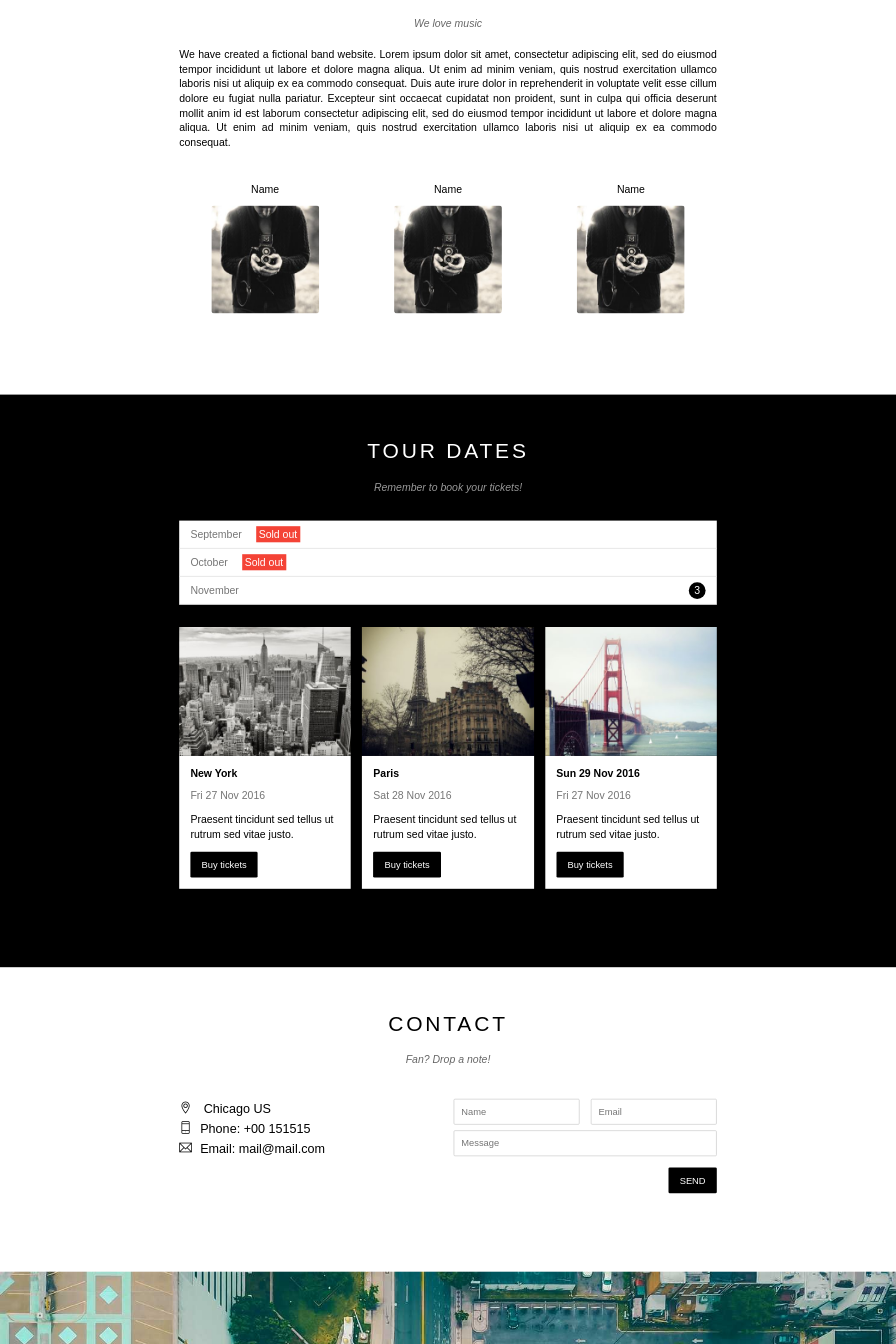
Repository: Phunobita/The-band-w3school
Page: index.html
An editor plug-in stored every save of this project. The page is shown before and after the next save, followed by the edit.
The browser window is 1280 px wide. The pictures show the part of the page from y = 784 to 2704 px (the page is 3514 px tall before and 3498 px after), at 70% of full size.

Above is the page before, as saved 2021-12-03 23:29:06.

### index.html
<!DOCTYPE html>
<html lang="en">

<head>
    <meta charset="UTF-8">
    <meta http-equiv="X-UA-Compatible" content="IE=edge">
    <meta name="viewport" content="width=device-width, initial-scale=1.0">
    <title>The band</title>
    <link rel="stylesheet" href="./assets/fonts/themify-icons-font/themify-icons/themify-icons.css">
    <link rel="stylesheet" href="./assets/css/style.css">
    <link rel="stylesheet" href="./assets/css/responsive.css">
    <link rel="icon" href="/assets/img/hinh-anh-mua-thu-dep-nhat.jpg" type="image/x-icon" />
</head>

<body>
    <div id="main">
        <div id="header">
            <!--Begin nav-->
            <ul id="nav">
                <li><a href="#">Home</a></li>
                <li><a href="#band">Band</a></li>
                <li><a href="#tour">Tour</a></li>
                <li><a href="#contact">Contact</a></li>
                <li>
                    <a href="#">
                        More
                        <i class="nav-arrow-down ti-angle-down"></i>
                    </a>
                    <ul class="subnav">
                        <li><a href="#">Merchandise</a></li>
                        <li><a href="#">Extras</a></li>
                        <li><a href="#">Media</a></li>
                    </ul>
                </li>
            </ul>
            <!--End nav-->
            <div class="search-btn">
                <i class="search-icon ti-search"></i>
            </div>

            <div id="mobile-menu" class="mobile-menu-btn">
                <i class="menu-icon ti-menu-alt"></i>
            </div>
        </div>

        <div id="slider">
            <div class="text-content">
                <h2 class="heading">New York</h2>
                <div class="content">The atmosphere in New York is lorem ipsum</div>
            </div>
        </div>
        <!--About section-->
        <div id="content">
            <div id="band" class="content-section">
                <h2 class="section-heading">THE BAND</h2>
                <p class="section-sub-heading">We love music</p>
                <p class="about-text">We have created a fictional band website. Lorem ipsum dolor sit amet, consectetur
                    adipiscing elit, sed do eiusmod tempor incididunt ut labore et dolore magna aliqua. Ut enim ad minim
                    veniam, quis nostrud exercitation ullamco laboris nisi ut aliquip ex ea commodo consequat. Duis aute
                    irure dolor in reprehenderit in voluptate velit esse cillum dolore eu fugiat nulla pariatur.
                    Excepteur sint occaecat cupidatat non proident, sunt in culpa qui officia deserunt mollit anim id
                    est laborum consectetur adipiscing elit, sed do eiusmod tempor incididunt ut labore et dolore magna
                    aliqua. Ut enim ad minim veniam, quis nostrud exercitation ullamco laboris nisi ut aliquip ex ea
                    commodo consequat.</p>
                <div class=" row member-list">
                    <div class="col col-third s-full-width mt-16 text-center">
                        <p class="member-name">Name</p>
                        <img src="./assets/img/tv.jpg" alt="Name" class="member-img">
                    </div>
                    <div class="col col-third s-full-width mt-16 text-center">
                        <p class="member-name">Name</p>
                        <img src="./assets/img/tv.jpg" alt="Name" class="member-img">
                    </div>
                    <div class="col col-third s-full-width mt-16 text-center">
                        <p class="member-name">Name</p>
                        <img src="./assets/img/tv.jpg" alt="Name" class="member-img">
                    </div>
                </div>
            </div>

            <!--Tour section-->
            <div id="tour" class="tour__section">
                <div class="content-section">
                    <h2 class="section-heading text-white">TOUR DATES</h2>
                    <p class="section-sub-heading text-white">Remember to book your tickets!</p>

                    <ul class="ticket__list">
                        <li class="ticket__list-item">
                            September
                            <span class="sold-out">Sold out</span>
                        </li>
                        <li class="ticket__list-item">
                            October
                            <span class="sold-out">Sold out</span>
                        </li>
                        <li class="ticket__list-item">
                            November
                            <span class="quantity">3</span>
                        </li>
                    </ul>
                    <div class="row place__list">
                        <div class="mt-16 col col-third s-full-width">
                            <img src="./assets/img/newyork.jpg" alt="New York" class="place__img">
                            <div class="place-body">
                                <h3 class="place-heading">New York</h3>
                                <p class="place-time">Fri 27 Nov 2016</p>
                                <p class="place-description">Praesent tincidunt sed tellus ut rutrum sed vitae justo.
                                </p>
                                <button href="#" class="btn js-buy-ticket">Buy tickets</button>
                            </div>
                        </div>
                        <div class="mt-16 col col-third s-full-width">
                            <img src="./assets/img/paris.jpg" alt="New York" class="place__img">
                            <div class="place-body">
                                <h3 class="place-heading">Paris</h3>
                                <p class="place-time">Sat 28 Nov 2016</p>
                                <p class="place-description">Praesent tincidunt sed tellus ut rutrum sed vitae justo.
                                </p>
                                <button href="#" class="btn js-buy-ticket">Buy tickets</button>
                            </div>
                        </div>
                        <div class="mt-16 col col-third s-full-width">
                            <img src="./assets/img/sanfran.jpg" alt="New York" class="place__img">
                            <div class="place-body">
                                <h3 class="place-heading">Sun 29 Nov 2016</h3>
                                <p class="place-time">Fri 27 Nov 2016</p>
                                <p class="place-description">Praesent tincidunt sed tellus ut rutrum sed vitae justo.
                                </p>
                                <button href="#" class="btn js-buy-ticket">Buy tickets</button>
                            </div>
                        </div>
                    </div>
                </div>
            </div>
            <!--Contact section-->
            <div id="contact" class="content-section">
                <h2 class="section-heading">CONTACT</h2>
                <p class="section-sub-heading">Fan? Drop a note!</p>

                <div class="row contact-content">
                    <div class="col col-half contact-info">
                        <p><i class="contact-icon ti-location-pin"></i> Chicago US</p>
                        <p><i class="contact-icon ti-mobile"></i>Phone: +00 151515</p>
                        <p><i class="contact-icon ti-email"></i>Email: mail@mail.com</p>
                    </div>
                    <div class="col col-half contact-form">
                        <form action="">
                            <div class="row">
                                <div class="col col-half">
                                    <input type="text" name="" required id="" class="form-control" placeholder="Name">
                                </div>
                                <div class="col col-half">
                                    <input type="email" name="" required id="" class="form-control" placeholder="Email">
                                </div>
                            </div>
                            <div class="row mt-8">
                                <div class="col col-full">
                                    <input type="" name="" required id="" class="form-control" placeholder="Message">
                                </div>
                            </div>
                            <input class="btn pull-right mt-16" type="submit" value="SEND">
                        </form>
                    </div>
                </div>
            </div>

            <div class="map-section">
                <img src="/assets/img/map (1).jpg" alt="">

            </div>

            <div id="footer">
                <div class="social-list">
                    <a href=""><i class="ti-facebook"></i></a>
                    <a href=""><i class="ti-instagram"></i></a>
                    <a href=""><i class="ti-youtube"></i></a>
                    <a href=""><i class="ti-pinterest"></i></a>
                    <a href=""><i class="ti-twitter"></i></a>
                    <a href=""><i class="ti-linkedin"></i></a>
                </div>
                <p class="copyright">Powered by <a href="">w3.css</a></p>
            </div>
        </div>

        <div class="modal js-modal">
            <div class="modal-container js-modal-container">
                <div class="modal-close js-modal-close">
                    <i class="ti-close"></i>
                </div>

                <header class="modal-header">
                    <i class="modal-heading-icon ti-bag"></i>
                    Tickets
                </header>

                <div class="modal-body">
                    <label for="ticket-quantity" class="modal-label">
                        <i class="ti-shopping-cart"></i>
                        Tickets, $15 per person
                    </label>
                    <input id="ticket-quantity" type="text" class="modal-input" placeholder="How many?">

                    <label for="ticket-email" class="modal-label">
                        <i class="ti-user"></i>
                        Send To
                    </label>
                    <input id="ticket-email" type="email" class="modal-input" placeholder="Enter email">
                    <button id="buy-ticket">
                        Pay <i class="ti-check"></i>
                    </button>
                </div>
                <footer class="modal-footer">
                    <p class="modal-help">Need <a href="">help?</a></p>
                </footer>
            </div>
        </div>
    </div>

    <script>
        const buyBtns = document.querySelectorAll('.js-buy-ticket')
        const modal = document.querySelector('.js-modal')
        const modalContainer = document.querySelector('.js-modal-container')
        const modalClose = document.querySelector('.js-modal-close')

        function showBuyTickets() {
            modal.classList.add('open')
        }

        function hideBuyTickets() {
            modal.classList.remove('open')
        }

        for (const buyBtn of buyBtns) {
            buyBtn.addEventListener('click', showBuyTickets)
        }

        modalClose.addEventListener('click', hideBuyTickets)
        modal.addEventListener('click', hideBuyTickets)
        modalContainer.addEventListener('click', function (event) {
            event.stopPropagation()
        }
        )
    </script>

    <script>
        var header = document.getElementById('header');
        var mobileMenu = document.getElementById('mobile-menu');
        var headerHeight = header.clientHeight;

        mobileMenu.onclick = function () {
            var isClose = header.clientHeight === headerHeight;
            if (isClose) {
                header.style.height = 'auto';
            }
            else {
                header.style.height = null;
            }
        }

        //
        var menuItems = document.querySelectorAll('#nav li a[href*="#"]');
        for (var i = 0; i < menuItems.length; i++) {
            var menuItem = menuItems[i];
            var isParentMenu = menuItem.nextElementSibling && menuItem.nextElementSibling.classList.contains('subnav')

            menuItem.onclick = function (event) {
                var isParentMenu = this.nextElementSibling && this.nextElementSibling.classList.contains('subnav')
                if (!isParentMenu) {
                    header.style.height = null;
                }
                else {
                    event.preventDefault();
                }
            }
        }
    </script>
</body>

</html>

### assets/css/style.css
* {
  padding: 0;
  margin: 0;
  box-sizing: border-box;
}
html {
  scroll-behavior: smooth;
  font-family: Arial, Helvetica, sans-serif;
}
/*
1.vi tri
2. kich thuoc
3.Mau sac
4. Hinh dang
*/
.clear {
  clear: both;
}

.text-white {
  color: #fff !important;
}

.text-center {
  text-align: center !important;
}

.pull-right {
  float: right;
}
.row {
  margin-left: -8px;
  margin-right: -8px;
}
.row::after {
  content: "";
  display: block;
  clear: both;
}

.col {
  float: left;
  padding-left: 8px;
  padding-right: 8px;
}

.col-full {
  width: 100%;
}

.col-half {
  width: 50%;
}
.col-third {
  width: 33.3333%;
}

.mt-8 {
  margin-top: 8px !important;
}

.mt-16 {
  margin-top: 16px !important;
}

.btn {
  display: inline-block;
  background-color: black;
  border: none;
  color: #fff;
  text-decoration: none;
  padding: 11px 16px;
  margin-top: 15px;
  border-radius: 2px;
  cursor: pointer;
}
.btn:hover {
  color: #000;
  background-color: #ccc;
}
#main {
}
#header {
  height: 46px;
  background-color: black;
  position: fixed;
  top: 0;
  left: 0;
  right: 0;
  z-index: 1;
}
#nav {
  display: inline-block;
}
#nav,
.subnav {
  list-style-type: none;
}
#nav > li > a {
  color: #fff;
  text-transform: uppercase;
}
#nav li a {
  text-decoration: none;
  line-height: 46px;
  padding: 0 24px;
  display: block;
}
#nav > li:hover > a,
#nav .subnav li:hover a {
  color: black;
  background-color: #ccc;
}
#nav li:hover .subnav {
  display: block;
}
#nav > li {
  display: inline-block;
  position: relative;
}
#nav .nav-arrow-down {
  font-size: 14px;
}
#nav .subnav {
  display: none;
  min-width: 160px;
  position: absolute;
  top: 100%;
  background-color: white;
  box-shadow: 0 0 10px rgba(0, 0, 0, 0.3);
}
#nav .subnav a {
  color: black;
  padding: 0 12px;
  line-height: 38px;
}

#header .mobile-menu-btn {
  position: absolute;
  top: 0;
  right: 0;
  display: none;
}

#header .mobile-menu-btn,
#header .search-btn {
  float: right;
  padding: 0 21px;
}
#header .search-btn:hover {
  background-color: #f44336;
  cursor: pointer;
}
#header .mobile-menu-btn:hover {
  background-color: #ccc;
}
#header .mobile-menu-btn:hover .menu-icon {
  color: #000;
}
.menu-icon,
#header .search-icon {
  color: #fff;
  font-size: 20px;
  line-height: 46px;
}
#header .search-btn:hover {
  background-color: #f44336;
}
#slider {
  margin-top: 46px;
  padding-top: 50%;
  position: relative;
  background: url("/assets/img/slider1.jpg") top center / cover no-repeat;
}

#slider .text-content {
  position: absolute;
  bottom: 47px;
  color: white;
  width: 100%;
  text-align: center;
}
#silder .heading {
  font-weight: 500px;
  font-size: 24px;
}
#slider .content {
  font-size: 15px;
  margin-top: 25px;
}
#content {
}
#content .content-section {
  padding: 64px 0 112px;
  width: 800px;
  max-width: 100%;
  margin-left: auto;
  margin-right: auto;
  padding-left: 16px;
  padding-right: 16px;
}
#content .section-heading {
  font-size: 30px;
  font-weight: 500;
  text-align: center;
  letter-spacing: 4px;
}
#content .section-sub-heading {
  font-size: 15px;
  text-align: center;
  margin-top: 25px;
  font-style: italic;
  opacity: 0.6;
}
#content .about-text {
  margin-top: 25px;
  text-align: justify;
  line-height: 1.4;
  font-size: 15px;
}

#content .member-list {
  margin-top: 32px;
}
#content .member-name {
  font-size: 15px;
  margin-bottom: 15px;
}
#content .member-img {
  width: 154px;
  border-radius: 4px;
}

/* Tour section */
.tour__section {
  background-color: #000;
}

.ticket__list {
  background-color: #fff;
  margin-top: 40px;
  list-style: none;
}
.ticket__list-item {
  color: #757575;
  font-size: 15px;
  padding: 11px 16px;
  border-bottom: 1px solid #ddd;
}
.ticket__list .sold-out {
  color: #fff;
  background-color: #f44336;
  padding: 3px 4px;
  margin-left: 16px;
}
.ticket__list .quantity {
  float: right;
  width: 24px;
  height: 24px;
  background-color: #000;
  color: #fff;
  border-radius: 50%;
  text-align: center;
  line-height: 24px;
  margin-top: -3px;
}

/*  Place body*/
.place__list {
  margin-top: 16px;
}

.place__img {
  width: 100%;
  display: block;
}
.place__img:hover {
  opacity: 0.7;
}
.place-body {
  background-color: #fff;
  padding: 16px;
  font-size: 15px;
}
.place-heading {
  font-size: 15px;
  font-weight: 600;
}
.place-time {
  margin-top: 15px;
  color: #757575;
}
.place-description {
  margin-top: 15px;
  line-height: 1.4;
}

/* Modal */
.modal {
  position: fixed;
  top: 0;
  left: 0;
  bottom: 0;
  right: 0;
  background-color: rgba(0, 0, 0, 0.4);
  align-items: center;
  justify-content: center;
  display: none;
}
.modal.open {
  display: flex;
}
.modal-container {
  background-color: #fff;
  width: 900px;
  max-width: calc(100% - 32px);
  min-height: 200px;
  position: relative;
  animation: modalFadeIn ease 0.5s;
}
.modal-header {
  background-color: #009688;
  height: 130px;
  display: flex;
  align-items: center;
  justify-content: center;
  font-size: 30px;
  color: #fff;
}
.modal-heading-icon {
  margin-right: 16px;
}
.modal-close {
  position: absolute;
  right: 0;
  top: 0;
  padding: 16px;
  cursor: pointer;
  color: #fff;
}
.modal-close:hover {
  background-color: #ccc;
}
.modal-body {
  padding: 16px;
}

.modal-label {
  display: block;
  font-size: 15px;
  margin-bottom: 12px;
}

.modal-input {
  border: 1px solid #ccc;
  font-size: 15px;
  width: 100%;
  padding: 10px;
  margin-bottom: 24px;
}
#buy-ticket {
  background-color: #009688;
  border: none;
  width: 100%;
  padding: 18px;
  font-size: 15px;
  color: #fff;
  text-transform: uppercase;
  font-weight: 700;
  cursor: pointer;
}
#buy-ticket:hover {
  opacity: 0.8;
}

.modal-footer {
  padding: 16px;
  text-align: right;
}
.modal-help a {
  color: #2196f3;
}

/* Contact form */
.contact-content {
  margin-top: 48px;
}

.contact-info {
  font-size: 18px;
  line-height: 1.6;
}

.contact-icon {
  display: inline-block;
  width: 30px;
}

.contact-form {
  font-size: 15px;
}

.contact-form .form-control {
  padding: 10px;
  border: 1px solid #ccc;
  width: 100%;
  outline: border 1px solid;
}
.contact-form input {
  border-radius: 2px;
}
/* map section */
.map-section img {
  width: 100%;
}

#footer {
  padding: 64px 16px;
  text-align: center;
}

#footer .social-list {
  font-size: 24px;
}
#footer .social-list a {
  color: rgba(0, 0, 0, 0.6);
  text-decoration: none;
}
#footer .copyright a:hover,
#footer .social-list a :hover {
  color: rgba(0, 0, 0, 0.4);
}

#footer .copyright {
  margin-top: 15px;
  color: rgba(0, 0, 0, 0.6);
}
#footer .copyright a {
  color: rgba(0, 0, 0, 0.6);
}
@keyframes modalFadeIn {
  from {
    opacity: 0;
    transform: translateY(-150px);
  }
  to {
    opacity: 1;
    transform: translateY(0);
  }
}

### assets/css/responsive.css
@media (max-width: 1024px) {
}

@media (min-width: 740px) and (max-width: 1023px) {
}

@media (max-width: 740px) {
  .s-full-width {
    width: 100%;
  }
  #header {
    overflow: hidden;
  }
  #header .mobile-menu-btn {
    display: block;
  }
  #header .search-btn {
    display: none;
  }

  #nav > li {
    display: block;
  }
  #nav li a {
    padding: 2px 24px;
  }
  #nav {
    display: block;
  }
  #nav > li:first-child {
    display: inline-block;
  }

  #nav .subnav {
    position: initial;
    background-color: #333;
  }
  #nav .subnav a {
    color: #fff;
    padding: 5px 41px;
  }

  #content .member-img {
    width: 60%;
  }
}

Loaded but not shown: assets/fonts/themify-icons-font/themify-icons/themify-icons.css (common file)

After the next save:
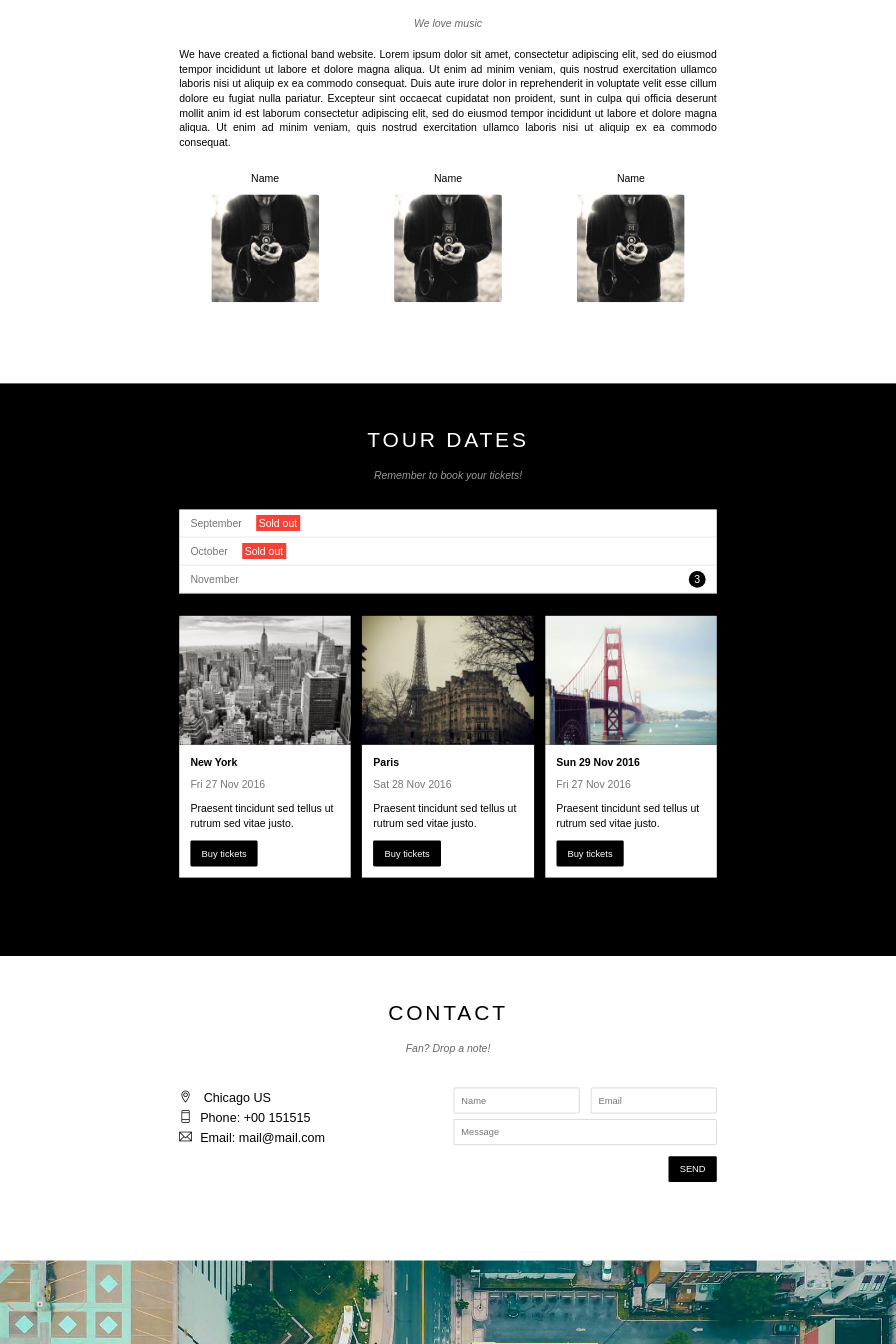
Saved 20 h 52 min later.
--- a/index.html
+++ b/index.html
@@ -63,15 +63,15 @@
                     aliqua. Ut enim ad minim veniam, quis nostrud exercitation ullamco laboris nisi ut aliquip ex ea
                     commodo consequat.</p>
                 <div class=" row member-list">
-                    <div class="col col-third s-full-width mt-16 text-center">
+                    <div class="col col-third s-full-width mt-32 text-center">
                         <p class="member-name">Name</p>
                         <img src="./assets/img/tv.jpg" alt="Name" class="member-img">
                     </div>
-                    <div class="col col-third s-full-width mt-16 text-center">
+                    <div class="col col-third s-full-width mt-32 text-center">
                         <p class="member-name">Name</p>
                         <img src="./assets/img/tv.jpg" alt="Name" class="member-img">
                     </div>
-                    <div class="col col-third s-full-width mt-16 text-center">
+                    <div class="col col-third s-full-width mt-32 text-center">
                         <p class="member-name">Name</p>
                         <img src="./assets/img/tv.jpg" alt="Name" class="member-img">
                     </div>
